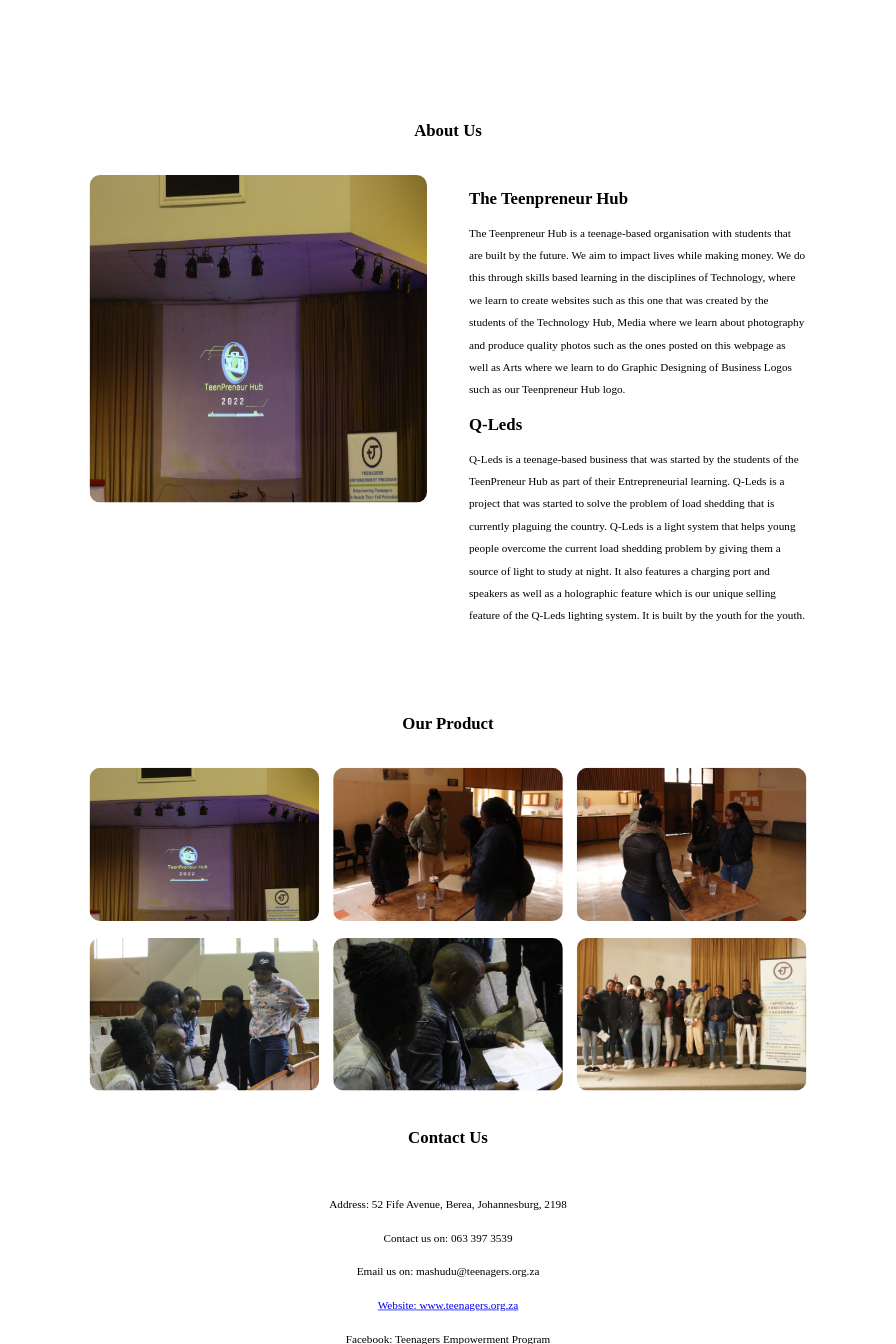
Repository: chadrackkyungu/4-BCT-TPH-Website
Page: index.html
The author's editor kept a copy of each file at every save. The page is drawn from the files as they stood at one save, then again after the next save.
The browser window is 1280 px wide. The pictures show the part of the page from y = 817 to 2737 px (the page is 2810 px tall before and 2874 px after), at 70% of full size.

Above is the page before, as saved 2022-10-21 09:31:20.

After the next save:
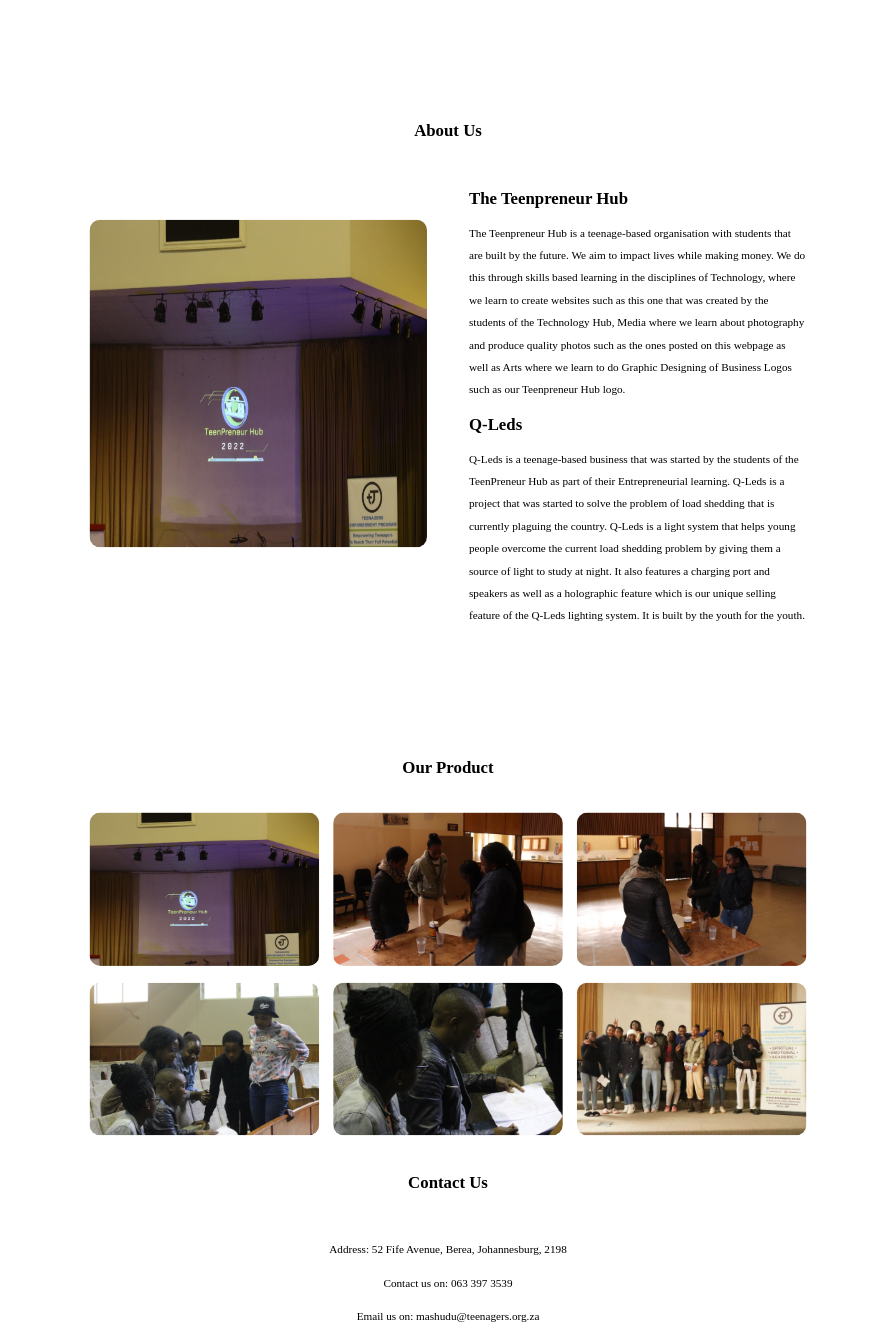
Saved 49 s later.
--- a/src/css/style.css
+++ b/src/css/style.css
@@ -72,6 +72,10 @@
     /* border: 5px solid red; */
 }
 
+.aboutcontainer .image-container {
+    margin-top: 4em;
+}
+
 .contentcontainer {
     margin-left: 60px;
     width: 100%;
